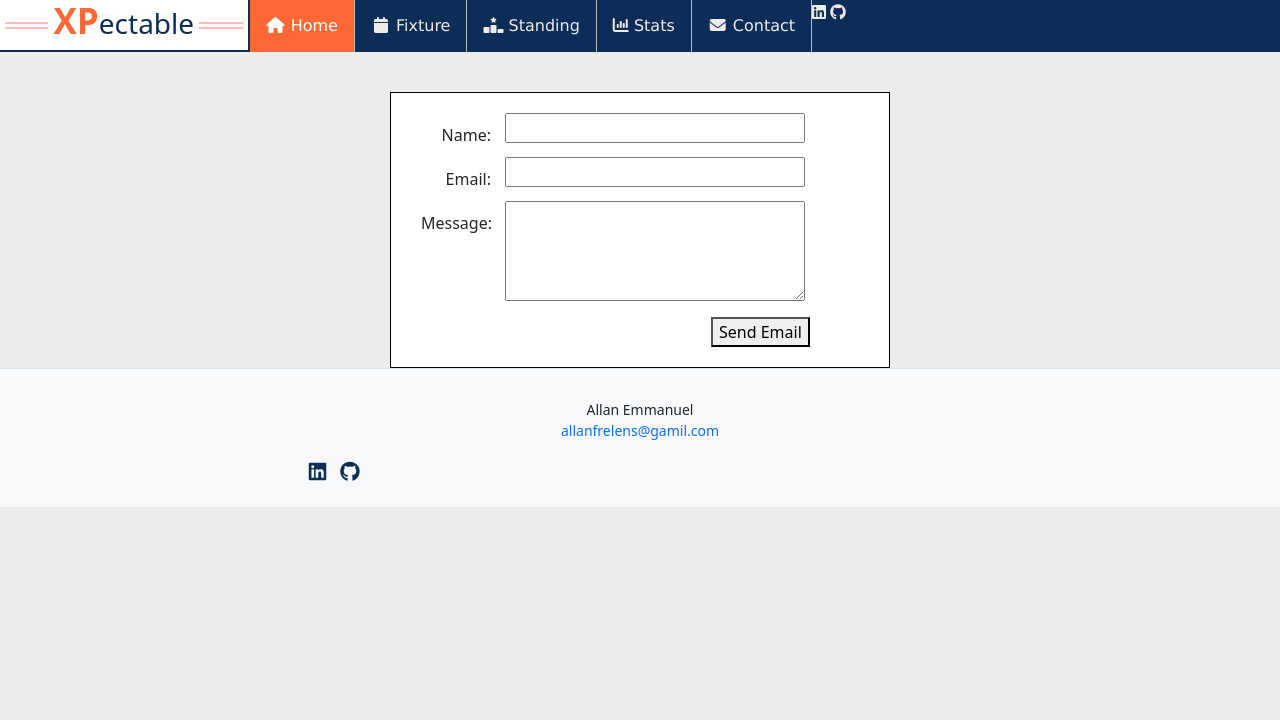
Repository: allanmanno/Xpectable
Page: http://localhost/xpec/contact.html
The author's editor kept a copy of each file at every save. The page is drawn from the files as they stood at one save, then again after the next save.
The browser window is 1280 px wide. The pictures show the whole page.
Some web fonts or font styles are not loaded; a fallback is used. The page is served by Tomcat 9.

Above is the page before, as saved 2024-05-17 00:05:10.

### xpec/src/main/webapp/contact.html
<!DOCTYPE html>
<html lang="en">
<head>
	<meta charset="utf-8">
	<meta content="width=device-width, initial-scale=1" name="viewport">
	<title>XPectable</title>
	<link crossorigin="anonymous" href="https://cdn.jsdelivr.net/npm/bootstrap@5.3.2/dist/css/bootstrap.min.css"
		  integrity="sha384-T3c6CoIi6uLrA9TneNEoa7RxnatzjcDSCmG1MXxSR1GAsXEV/Dwwykc2MPK8M2HN" rel="stylesheet">

	<link href="resources/css/contact.css" rel="stylesheet">
	<link href="https://cdnjs.cloudflare.com/ajax/libs/font-awesome/6.5.1/css/all.min.css" rel="stylesheet">

	<link rel="preconnect" href="https://fonts.googleapis.com">
	<link rel="preconnect" href="https://fonts.gstatic.com" crossorigin>
	<link href="https://fonts.googleapis.com/css2?family=Sarabun:ital,wght@0,100;0,200;0,300;0,400;0,500;0,600;0,700;
    0,800;1,100;1,200;1,300;1,400;1,500;1,600;1,700;1,800&family=Urbanist:ital,wght@0,100..900;1,100..900&display=swap"
		  rel="stylesheet">
</head>
<body>
<div class="menu_box">
      <div class="logo">
          <hr />
          <a href="index.html"><h3><b style="color:#FC6736;font-size:35px">XP</b>ectable</h3></a>
          <hr />
      </div>
      <ul>
          <li><a class="home" href="index.jsp"><i class="fa fa-home fa-fw"></i>
              Home</a></li>
          <li><a href="fixture.jsp"><i class="fa fa-calendar fa-fw"></i>
              Fixture</a></li>
          <li><a href="standing.jsp"><i class="fa-solid fa-ranking-star fa-fw"></i>
              Standing</a></li>
          <li><a href="stat.jsp"><i class="fa-solid fa-chart-column"></i>
              Stats</a></li>
          <li><a href="contact.html"><i class="fa fa-envelope fa-fw"></i>
              Contact</a></li>

          <div class="social_media">
              <a href="#"><i class="fa-brands fa-linkedin" style="color:#EFECEC"></i></a>
              <a href="#"><i class="fa-brands fa-github" style="color:#EFECEC"></i></a>
          </div>
      </ul>
  </div>

<div id="contact_box">
	<form >
		<label for="name">Name:</label>
		<input type="text" id="name" name="userName"><br>

		<label for="email">Email:</label>
		<input type="email" id="email" name="userEmail" required><br>

		<label for="message">Message:</label>
		<textarea id="message" name="userMessage" required></textarea><br>

		<button type="submit" id="submit_btn">Send Email</button>
	</form>
</div>

<footer>
	<p> Allan Emmanuel<br>
		<a style="text-decoration:none" href="mailto:allanfrelens@gamil.com">allanfrelens@gamil.com</a></p>
	<div class="social_media">
		<a href="#"><i class="fa-brands fa-linkedin" style="color:#0C2D57"></i></a>
		<a href="#"><i class="fa-brands fa-github" style="color:#0C2D57"></i></a>
	</div>
</footer>

</body>
</html>

### xpec/src/main/webapp/resources/css/contact.css
/* full page*/
body {
  background-color:#EFECEC;
  min-height: 100vh;
}

/* logo space */
.logo{
     float: left;
     display:flex;
     width: 19.5%;
     background-color: white;
     padding-left: 5px;
     padding-right: 5px;
     border-bottom: 2px solid #0C2D57;
     border-right: 2px solid #0C2D57;
}
/* ectable */
.logo h3 {
   color: #0C2D57;
   padding-left: 5px;
   padding-right: 5px;
}
/* whole logo text */
.logo a{
    text-decoration: none;
    text-align:center;
}
/* logo line */
.logo hr{
    border-top: 7px double red;
    text-align: center;
    width:100%;
    margin-top:22px;
}

/* navy list bar */
li {
    float: left;
    border-right:1px solid #bbb;
}
/* last anchor of the list */
li:last-child {
    border-right: none;
}
/* each anchor of the list */
li a {
  color: #EFECEC;
  display: inline-block;
  text-align: center;
  padding: 14px 16px;
  text-decoration: none;
  font-family: verdana, sans-serif;
}
/* what happen when hover on a anchor */
li:hover{
    background-color:#5E5365;
}
/* home anchor */
.home{
    background-color: #FC6736;
    color: white;
}
/* home anchor hover */
.home:hover{
    background-color: #5E5365;
}
ul{
    list-style-type: none;
    margin: 0;
    padding: 0;
    overflow: hidden;
    background-color: #0C2D57;
}

/**********************************/
#contact_box{
    margin: 0 auto;
    margin-top: 40px;
    width: 500px;
    border: 1px solid black;
    padding: 20px;
    text-align: 80%;
    background-color:white;
}
#contact_box label{
    display: inline-block;
    width: 90px;
    text-align: right;
    padding:10px;
    vertical-align:top;
}
#contact_box input{
    width: 300px;
}
#message{
    width: 300px;
    height: 100px;
    box-sizing: border-box;
}
#submit_btn{
    margin-left:300px;
    margin-top:10px;
}
/******************************/
footer {
    position: relative;
    bottom: 0;
    width: 100%;
    background-color: #f8f9fa;
    padding: 20px 0;
    text-align: center;
    border-top: 1px solid #dee2e6;
}

footer p {
    margin-top: 10px;
    font-size: 14px;
}

footer .social_media {
    margin-right: 47%;
}

footer .social_media a {
    margin-right: 10px;
    color: #0C2D57;
    font-size: 20px;
}

After the next save:
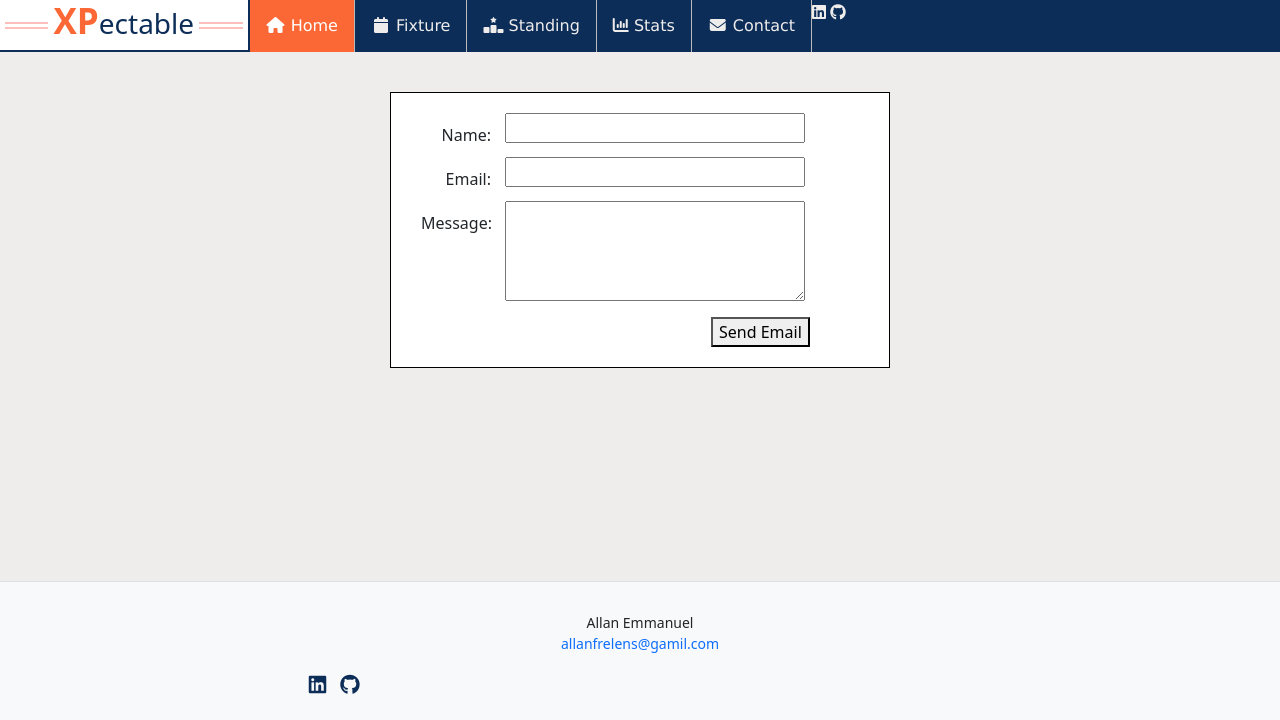
Saved 72 s later.
--- a/xpec/src/main/webapp/resources/css/contact.css
+++ b/xpec/src/main/webapp/resources/css/contact.css
@@ -104,7 +104,7 @@ ul{
 }
 /******************************/
 footer {
-    position: relative;
+    position: fixed;
     bottom: 0;
     width: 100%;
     background-color: #f8f9fa;
